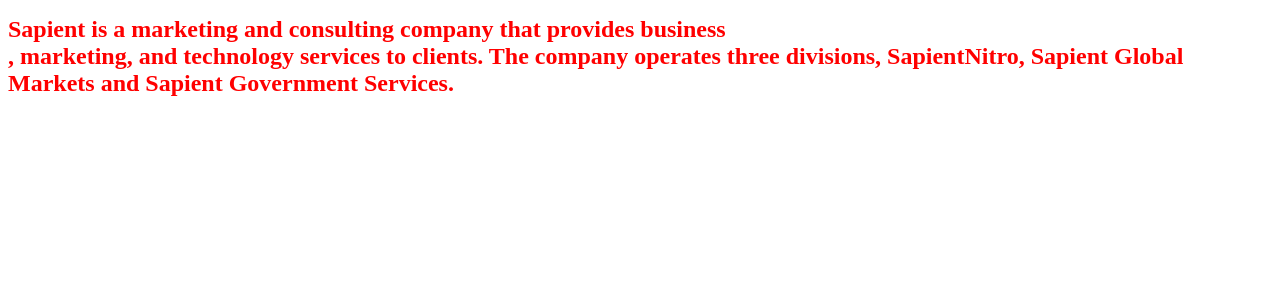
Repository: sauran/SapientTraining
Page: DemoProject/WebContent/sapient.html
These files come from the project's save history. The page is drawn as it stood at one moment and after the next save; the edit follows.
The browser window is 1280 px wide. The pictures show the whole page.

Above is the page before, as saved 2015-09-15 09:21:14.

### DemoProject/WebContent/sapient.html
<!DOCTYPE html>
<html>
<head>
<meta charset="ISO-8859-1">
<title>Welcome To Sapient</title>
</head>

<style>

h1 {
color :red;
font-size:150%;

}
p{
color:#E6FFE6;
font-size :150%;

}


</style>
<body>

<h1>  Sapient is a marketing and consulting company that provides business<br>, marketing, and technology services to clients. The company operates three divisions, SapientNitro, Sapient Global Markets and Sapient Government Services.</h1>
</body>
</html>

After the next save:
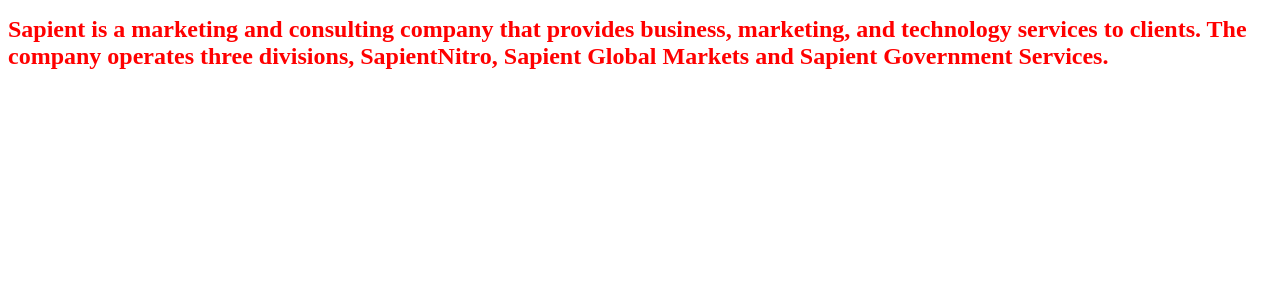
Saved 11 s later.
--- a/DemoProject/WebContent/sapient.html
+++ b/DemoProject/WebContent/sapient.html
@@ -22,6 +22,6 @@
 </style>
 <body>
 
-<h1>  Sapient is a marketing and consulting company that provides business<br>, marketing, and technology services to clients. The company operates three divisions, SapientNitro, Sapient Global Markets and Sapient Government Services.</h1>
+<h1>  Sapient is a marketing and consulting company that provides business, marketing, and technology services to clients. The company operates three divisions, SapientNitro, Sapient Global Markets and Sapient Government Services.</h1>
 </body>
 </html>
